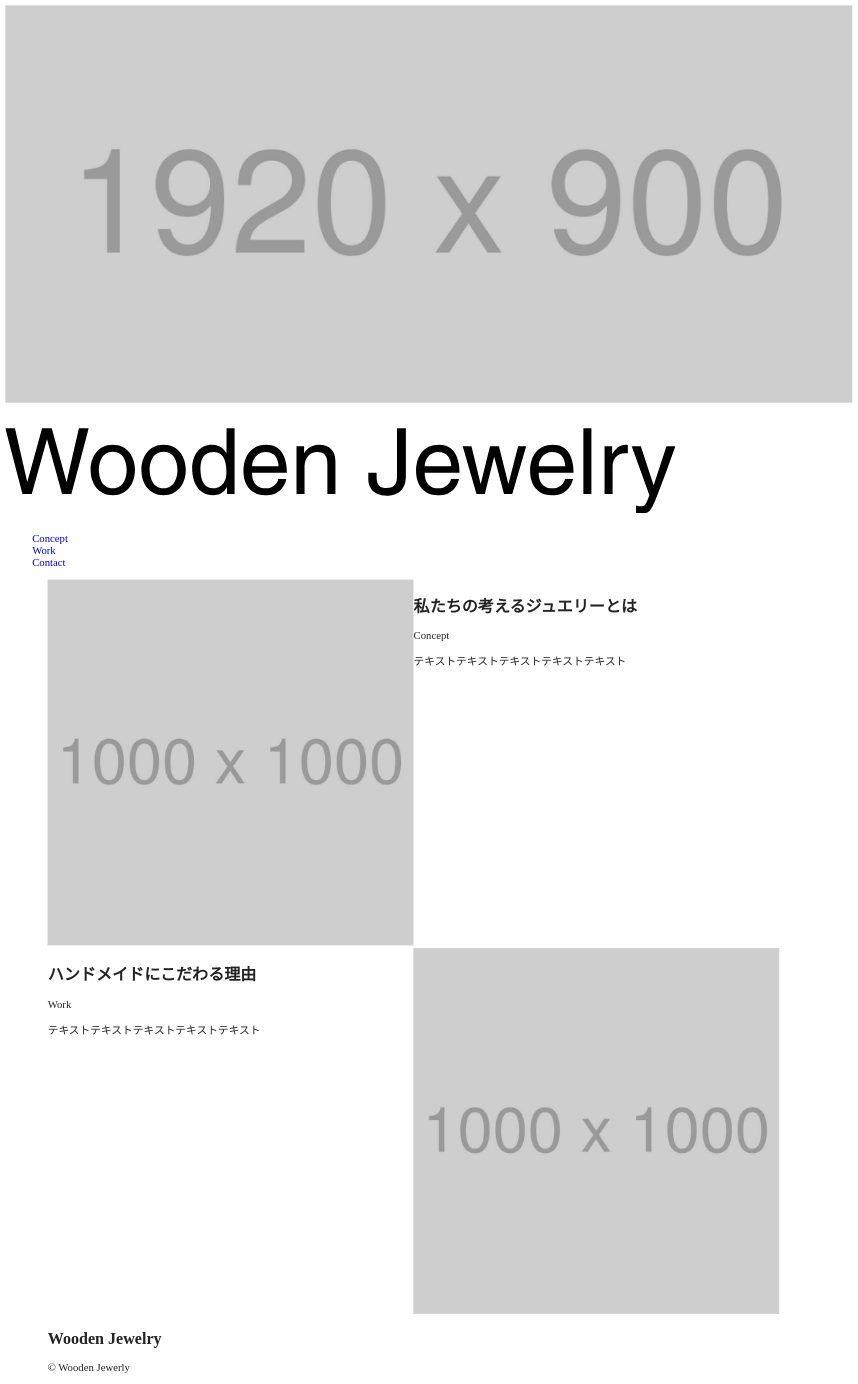
Repository: Fuki-san/jewelry
Page: http://localhost/jewelry
An editor plug-in stored every save of this project. The page is shown before and after the next save, followed by the edit.
The browser window is 1280 px wide. The pictures show the whole page, at 67% of full size.
The page is served by the project's Laravel application, run on PHP 8.4 with Laravel 10.

Above is the page before, as saved 2023-11-25 14:28:56.

After the next save:
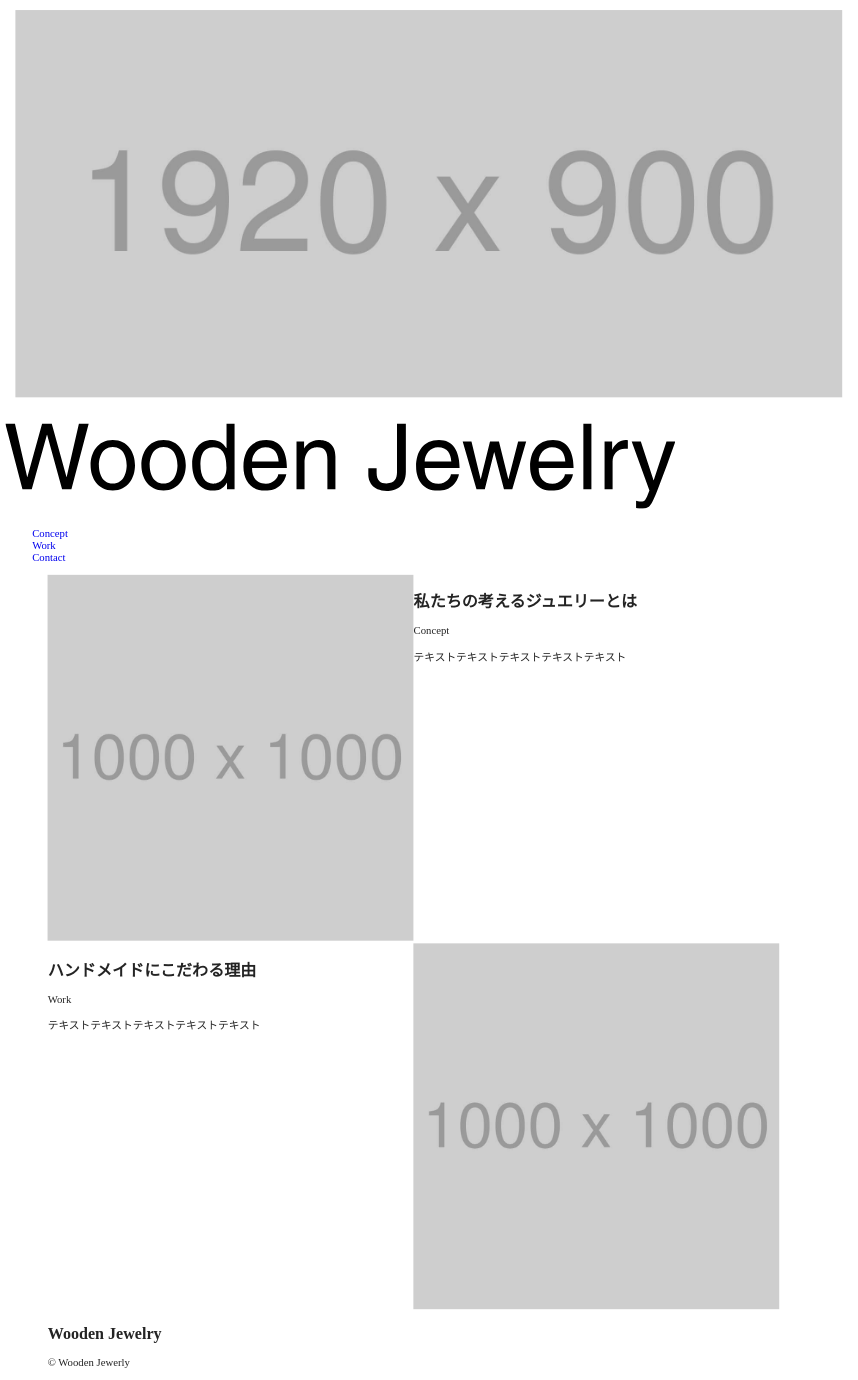
Saved 28 s later.
--- a/public/css/style.css
+++ b/public/css/style.css
@@ -28,6 +28,6 @@ img{
     width: 48%;
 }
 
-.mainvisual{
+#mainvisual{
     margin: 15px;
 }
